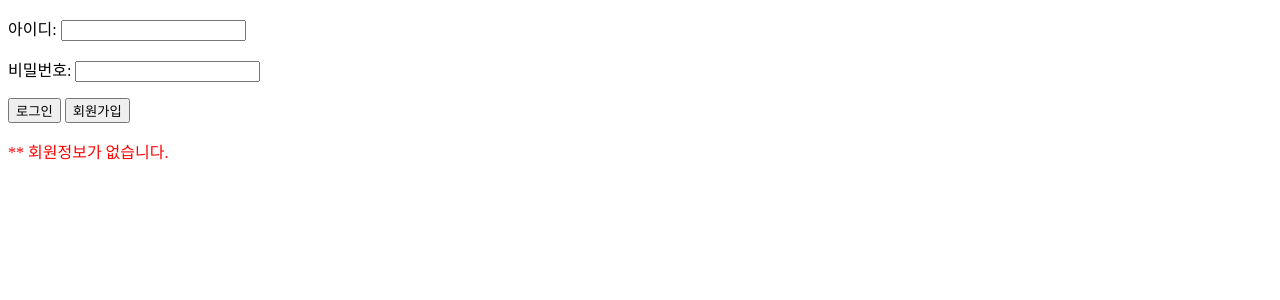
Repository: LeeKukJu/JSP-Study
Page: http://localhost/JSPBook/ch07/totaltest/total_signin_process.jsp
These files come from the project's save history. The page is drawn as it stood at one moment and after the next save; the edit follows.
The browser window is 1280 px wide. The pictures show the whole page.
The page is served by Tomcat 9.

Above is the page before, as saved 2023-01-30 10:42:03.

After the next save:
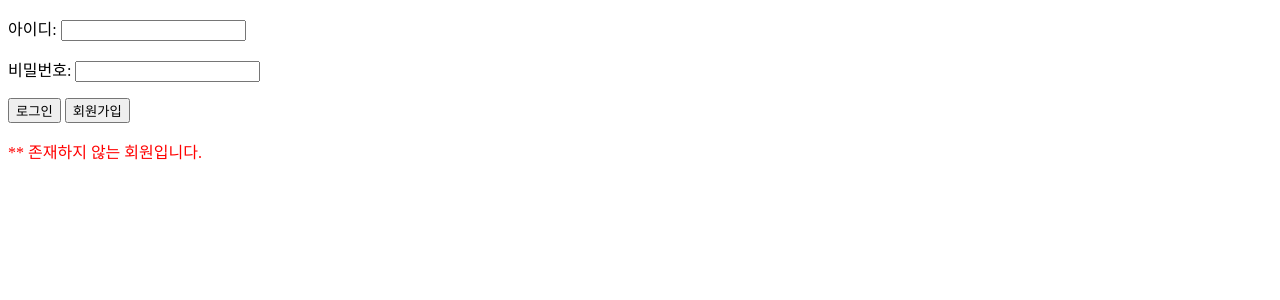
Saved 85 s later.
--- a/JSPBook/WebContent/ch07/totaltest/total_signin_process.jsp
+++ b/JSPBook/WebContent/ch07/totaltest/total_signin_process.jsp
@@ -51,12 +51,12 @@
  			response.sendRedirect("./total_memberList.jsp");
  		}else{
 
- 			msg = "회원정보가 없습니다.";
+ 			msg = "존재하지 않는 회원입니다.";
  			request.setAttribute("msg", msg);
  			request.getRequestDispatcher("./total_signin.jsp").forward(request, response);
  		}
  	}else{			// 회원 목록 데이터가 존재하지 않음.
- 			msg = "회원정보가 없습니다.";
+ 			msg = "존재하지 않는 회원입니다.";
  			request.setAttribute("msg", msg);
  			request.getRequestDispatcher("./total_signin.jsp").forward(request, response);
 
